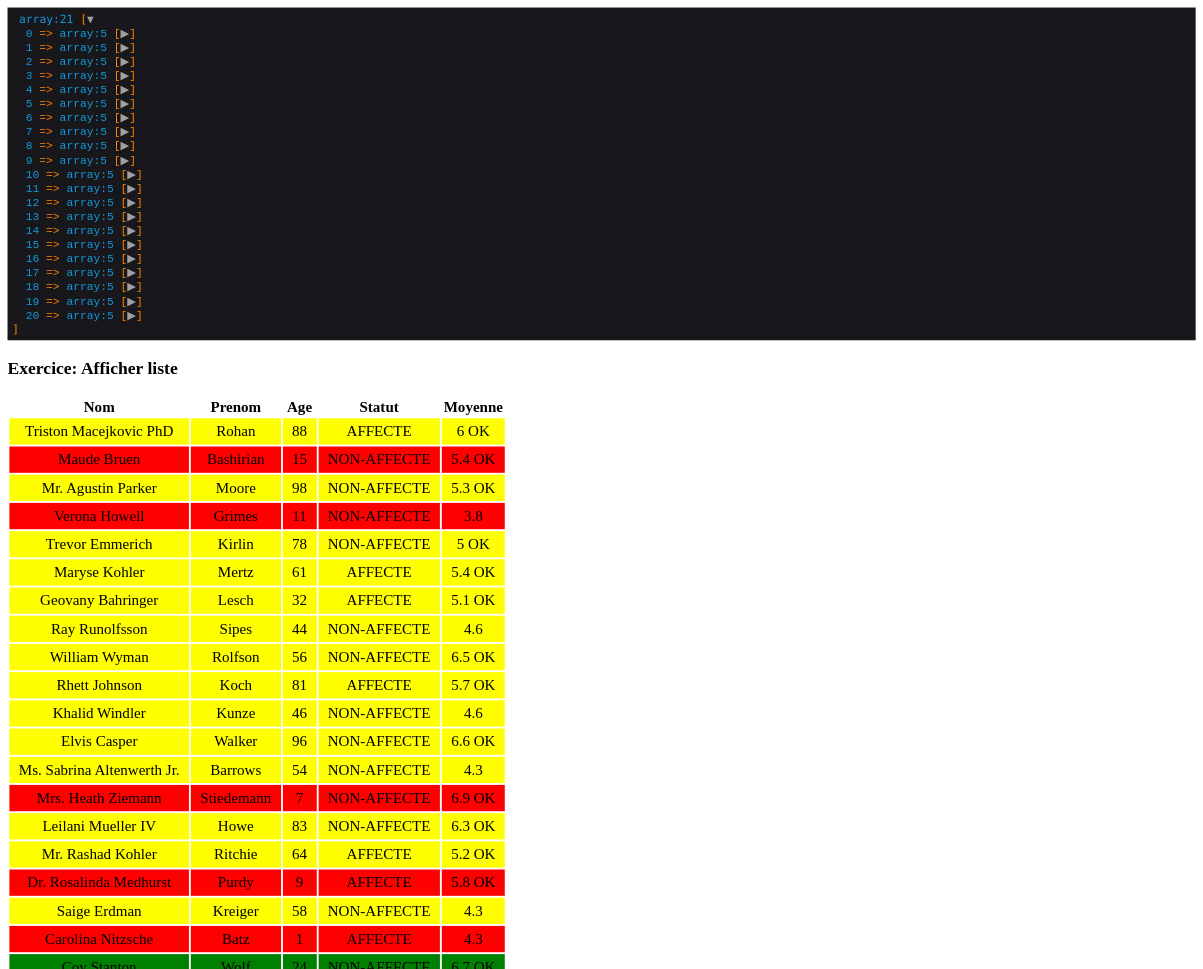
Repository: Bfabien99/PHPREPO
Page: http://localhost/
The author's editor kept a copy of each file at every save. The page is drawn from the files as they stood at one save, then again after a run of saves.
The browser window is 1280 px wide. The pictures show the whole page, at 94% of full size.
The page is run by PHP 8.4 with error messages shown; the project is at /var/www/html/.

Above is the page before, as saved 2021-12-10 12:09:53.

After the next 3 saves:
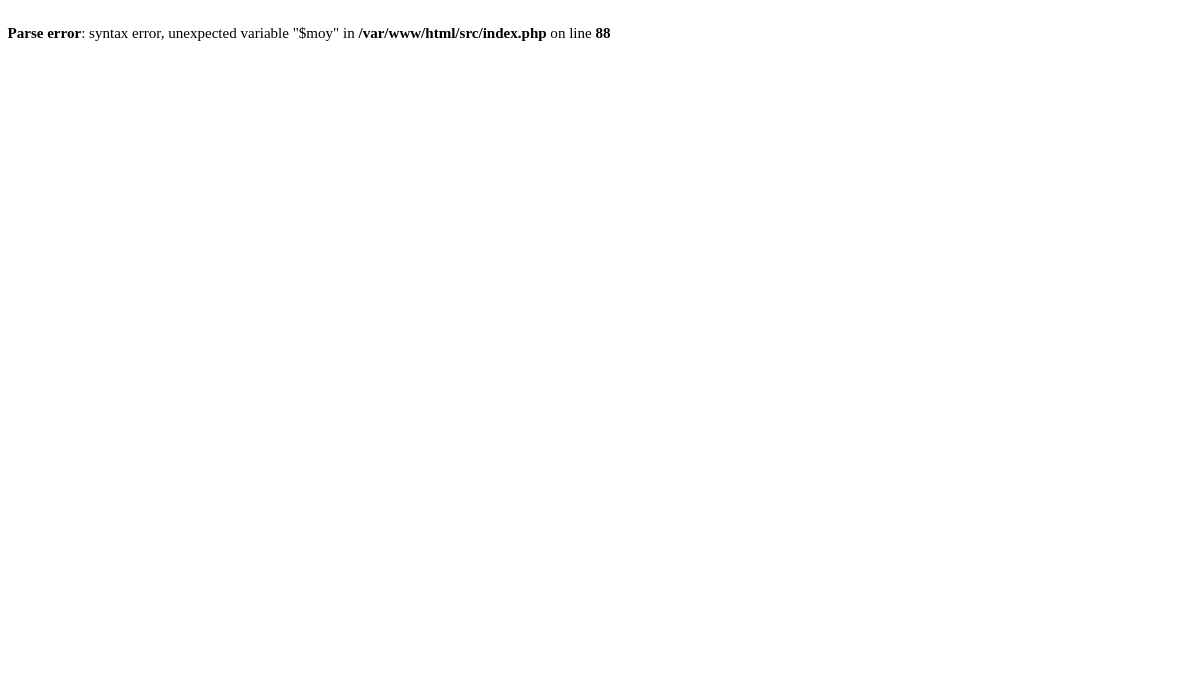
The 3 saves are shown as one change because they came seconds apart.
The last was saved 29 s later.
--- a/MakeFakeData/src/index.php
+++ b/MakeFakeData/src/index.php
@@ -84,7 +84,7 @@
 		foreach ($list as $value) {
 				$nbnote = count($value["notes"]);
 				$totalnote = array_sum($value["notes"]);
-				$bonus =
+				$bonus = count()
 				$moy = $totalnote / $nbnote;
 				$moyG = $nbnote/2 ;
 				$age = $value["age"];

After the 6 saves that followed:
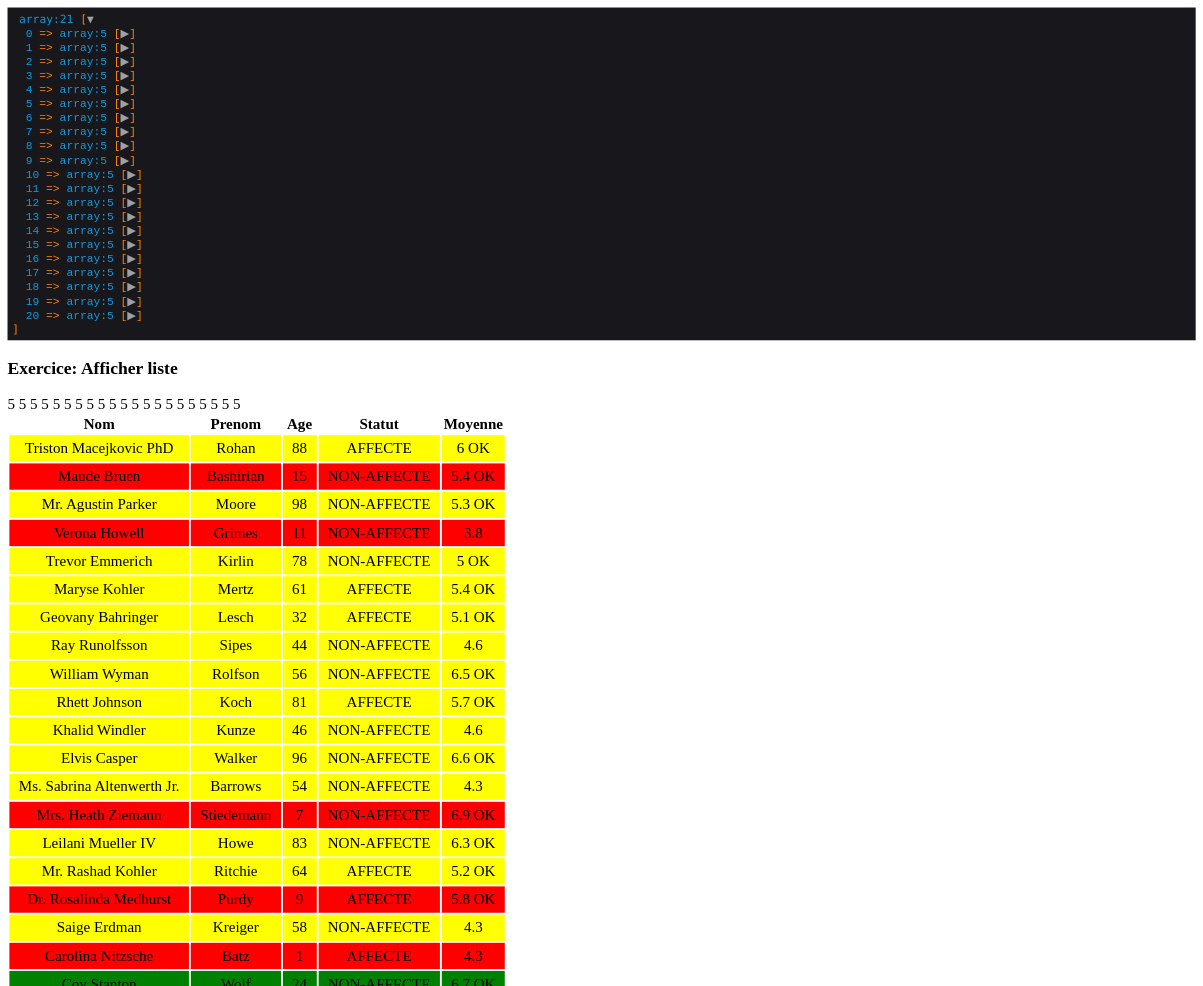
The 6 saves are shown as one change because they came seconds apart.
The last was saved 16 s later.
--- a/MakeFakeData/src/index.php
+++ b/MakeFakeData/src/index.php
@@ -84,7 +84,8 @@
 		foreach ($list as $value) {
 				$nbnote = count($value["notes"]);
 				$totalnote = array_sum($value["notes"]);
-				$bonus = count()
+				$bonus = count($person);
+				echo $bonus;
 				$moy = $totalnote / $nbnote;
 				$moyG = $nbnote/2 ;
 				$age = $value["age"];
